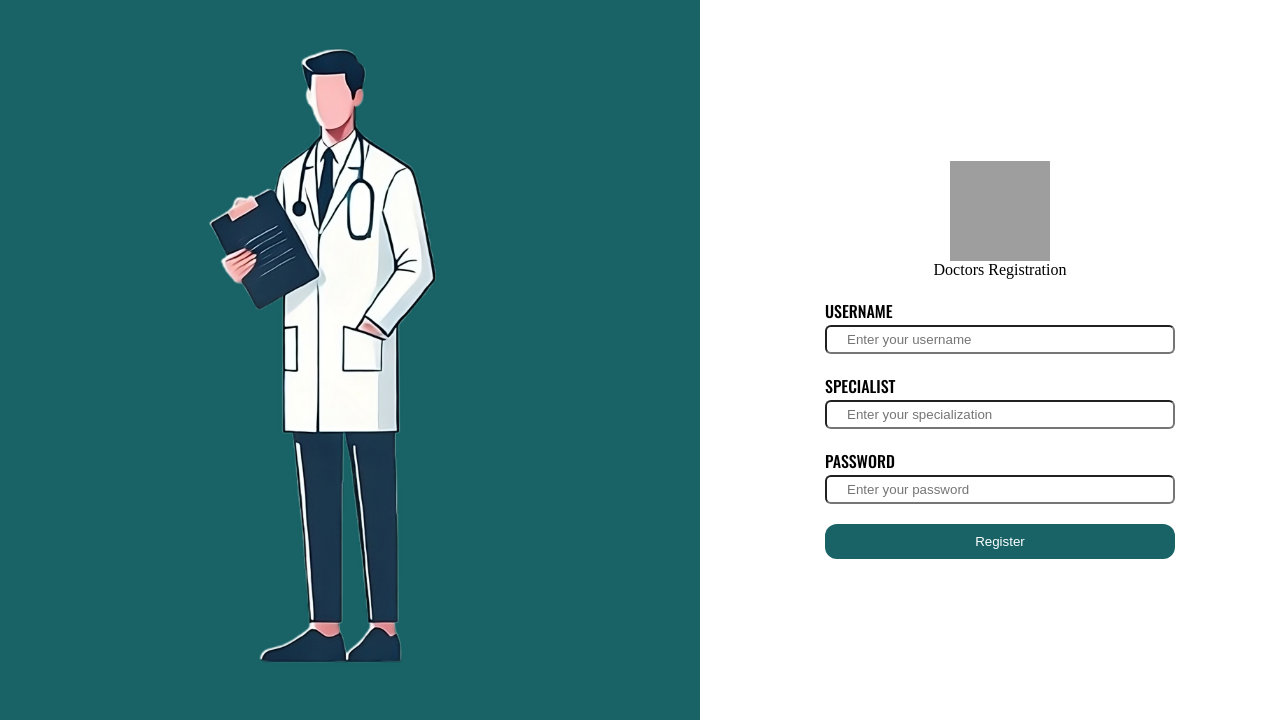
Repository: AriaFantom/Minor-Project
Page: http://localhost/Project/verify.jsp
The author's editor kept a copy of each file at every save. The page is drawn from the files as they stood at one save, then again after the next save.
The browser window is 1280 px wide. The pictures show the whole page.
Pictures or frames that could not be fetched are drawn as grey boxes. Some web fonts or font styles are not loaded; a fallback is used. The page is served by Tomcat 10. Other server files are loaded and not shown.

Above is the page before, as saved 2025-01-13 10:36:42.

### Project/src/main/webapp/verify.jsp
<%@ page language="java" contentType="text/html; charset=UTF-8"
    pageEncoding="UTF-8"%>
            <%@page import="java.sql.*" %>
<%@ page import="java.text.SimpleDateFormat" %>
<%@ page import="java.util.Date" %>
<!DOCTYPE html>
<html lang="en">
<head>
    <meta charset="UTF-8">
    <title>Title</title>
    <link rel="stylesheet" href="css/register.css">
</head>
<body>
<main>
    <div class="aside-form">
        <img src="assets/form-side-vector.png" alt="vector">
    </div>
    <div class="form-section">
        <img src="assets/icons/logo.png" alt="logo">
        <p>Doctors Registration</p>
        <form  method="post" action="<%=request.getContextPath()%>/AddCredentials">
            <label for="email">Username</label>
            <input type="text" id="username" name="username" placeholder="Enter your username">
            <label for="email">Specialist</label>
            <input type="text" id="specialist" name="specialist" placeholder="Enter your specialization">
            <label for="password">Password</label>
            <input type="password" id="password" name="password" placeholder="Enter your password">
            <button>Register</button>
        </form>
    </div>
</main>
</body>
</html>

### Project/src/main/webapp/css/register.css
@charset "UTF-8";

@import url('https://fonts.googleapis.com/css2?family=Oswald:wght@200..700&display=swap');
@import url('https://fonts.googleapis.com/css2?family=Open+Sans:ital,wght@0,300..800;1,300..800&display=swap');
@import url('https://fonts.googleapis.com/css2?family=DM+Serif+Text:ital@0;1&family=PT+Sans:ital,wght@0,400;0,700;1,400;1,700&display=swap');
* {
    box-sizing: border-box;
    margin: 0;
    padding: 0;
}

body {
    margin: 0;
    padding: 0;

}

main {
    display: grid;
    grid-template-columns: 1fr 1fr;
    gap: 20px;
    justify-content: center;
    align-items: center;
    height: 100vh;
}

.form-footer {
	font-family: 'DM Serif Text', sans-serif;
    margin: 8px 0;
}

main img {
    width: 100px;
    height: 100px;
}
.form-section {
    display: flex;
    flex-direction: column;
    justify-content: center;
    align-items: center;
    width: 100%;
}

.form-heading {
    font-family: 'Oswald', sans-serif;
    font-size: 2rem;
    margin-bottom: 20px;
    text-transform: uppercase;
}

form {
    display: flex;
    flex-direction: column;
    justify-content: center;
    width: 350px;
}

form label {
    font-family: 'Oswald', sans-serif;
    margin-top: 20px;
    margin-bottom: 2px;
    font-weight: 500;
    text-transform: uppercase;
}
form input {
    font-family: 'DM Serif Text', sans-serif;
    padding: 5px 20px;
    border-radius: 6px;
}

form button {
    font-family: 'DM Serif Text', sans-serif;
    margin-top: 20px;
    padding: 10px;
    background-color: #196366;
    color: #fff;
    border: none;
    cursor: pointer;
    border-radius: 12px;
}

.aside-form {
    background: #196366;
    height: 100%;
    width: 100%;
    display: flex;
    align-items: center;
    justify-content: center;
}

.aside-form img {
    width: 700px;
    height: 700px;
}
.alert {
            padding: 15px;
            margin: 20px auto;
            border-radius: 4px;
            width: 95%;
            font-size: 16px;
            text-align: center;
}
.alert-success {
            color: #155724;
            background-color: #d4edda;
            border: 1px solid #c3e6cb;
}
.alert-danger {
            color: #721c24;
            background-color: #f8d7da;
            border: 1px solid #f5c6cb;
 }
.errordiv {
	display: flex;
	flex-direction: column;
	align-items:center;
	justify-content:center;
	background-color: #96c2c2;
	height: 100vh;
	width: 100%;
	font-family: "Poppins", sans-serif;
}

.errordiv h1 {
	text-transform: uppercase;
}

After the next save:
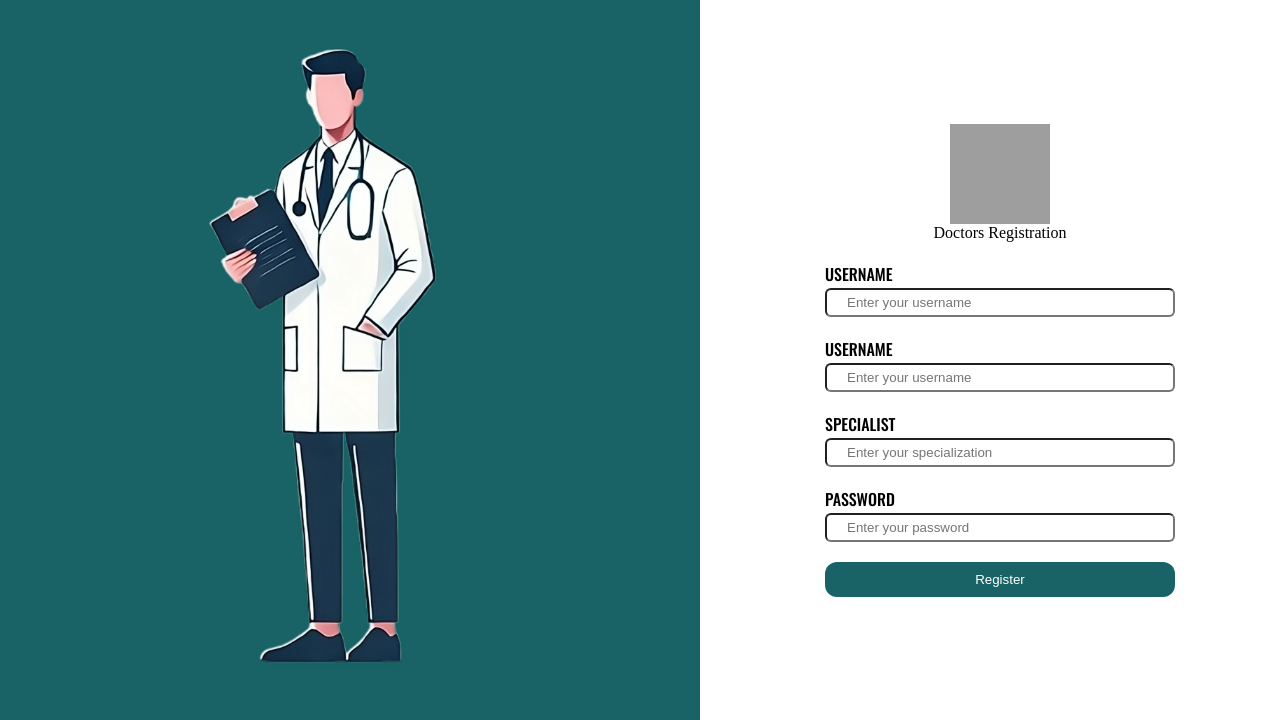
Saved 10 min 31 s later.
--- a/Project/src/main/webapp/verify.jsp
+++ b/Project/src/main/webapp/verify.jsp
@@ -19,6 +19,8 @@
         <img src="assets/icons/logo.png" alt="logo">
         <p>Doctors Registration</p>
         <form  method="post" action="<%=request.getContextPath()%>/AddCredentials">
+        <label for="email">Username</label>
+            <input type="text" id="username" name="username" placeholder="Enter your username">
             <label for="email">Username</label>
             <input type="text" id="username" name="username" placeholder="Enter your username">
             <label for="email">Specialist</label>
